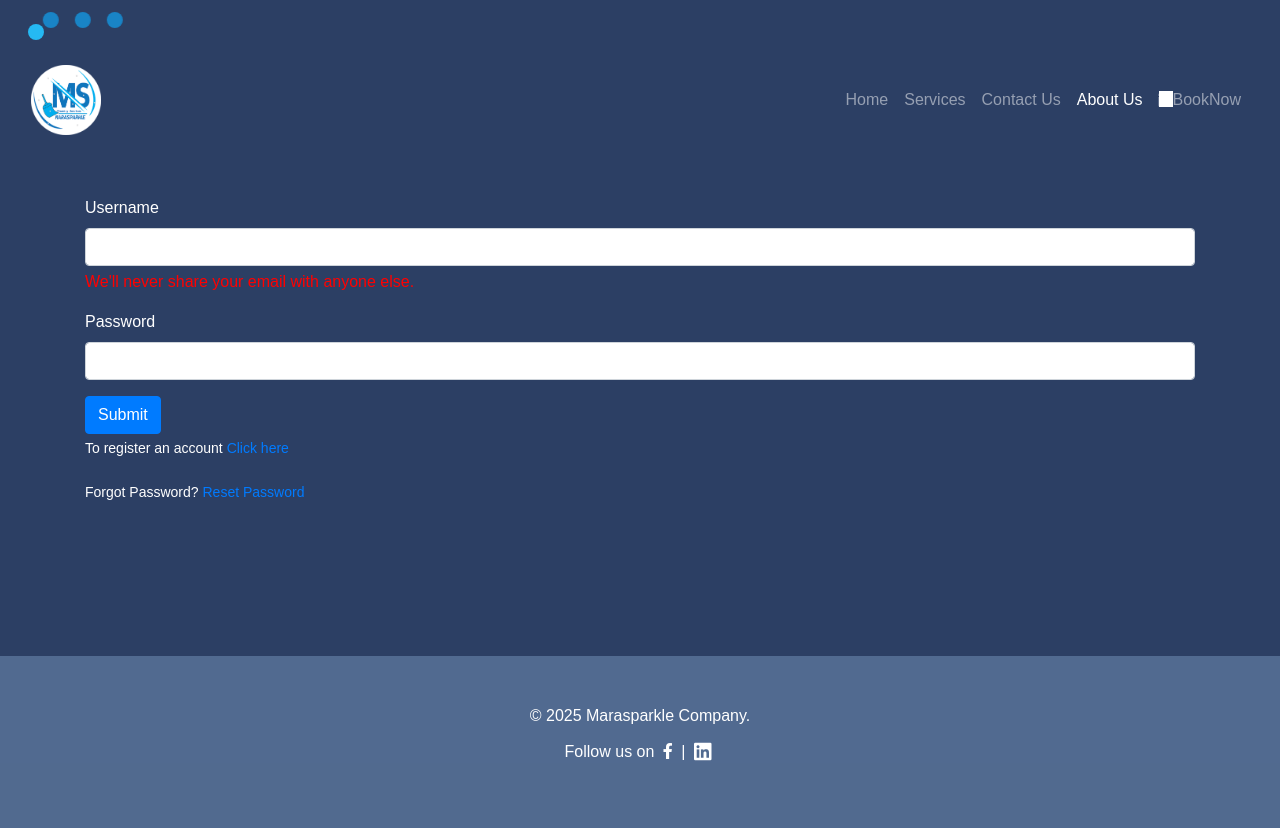
Repository: guineveretim/sparkle
Page: http://localhost/login/
The author's editor kept a copy of each file at every save. The page is drawn from the files as they stood at one save, then again after the next save.
The browser window is 1280 px wide. The pictures show the whole page.
The page is served by the project's application, run on Django 5.2 (manage.py).

Above is the page before, as saved 2025-03-26 15:16:58.

After the next save:
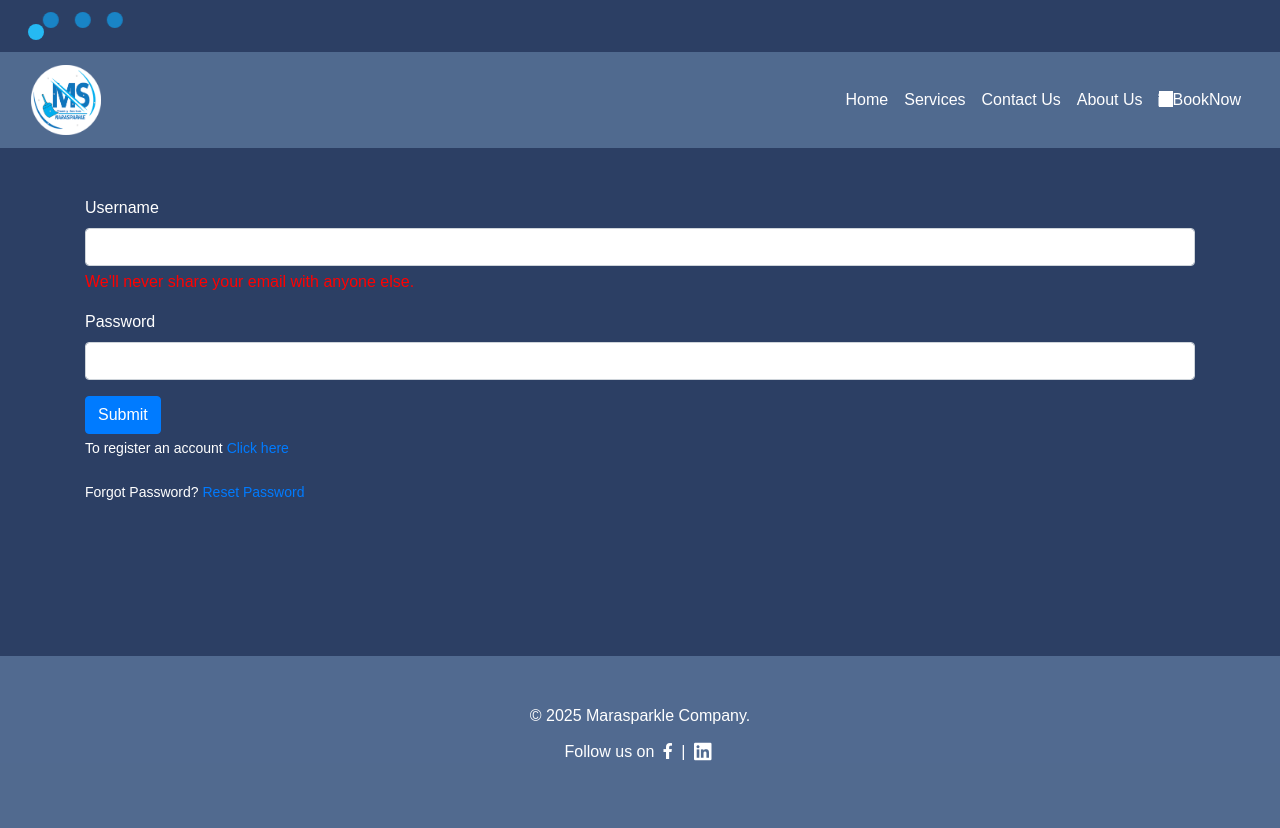
Saved 14 min 5 s later.
--- a/templates/authentication/login.html
+++ b/templates/authentication/login.html
@@ -37,38 +37,39 @@
     </div>
     <!-- ***** Preloader End ***** -->
 
-    <!-- ***** Header Area Start ***** -->
-    <nav class="navbar navbar-expand-lg navbar-dark sticky-top" style="background-color: #2c3f64;">
-        <div class="container-fluid">
-            <a class="navbar-brand" href="{% url 'home' %}">
-                <img src="{% static 'icons/Maralog.png' %}" style="width:70px;" alt="Logo">
-            </a>
-            <button class="navbar-toggler" type="button" data-toggle="collapse" data-target="#navbarNav" aria-controls="navbarNav" aria-expanded="false" aria-label="Toggle navigation">
-                <span class="navbar-toggler-icon"></span>
-            </button>
+  <!-- ***** Header Area Start ***** -->
+  <nav class="navbar navbar-expand-lg navbar-dark sticky-top" style="background-color:rgba(166, 206, 243,0.3); position: relative;">
+    <div class="container-fluid">
+        <a class="navbar-brand" href="{% url 'home' %}">
+            <img src="{% static 'icons/Maralog.png' %}" style="width:70px;">
+        </a>
+        <button class="navbar-toggler" type="button" data-toggle="collapse" data-target="#navbarNav" aria-controls="navbarNav" aria-expanded="false" aria-label="Toggle navigation">
+            <span class="navbar-toggler-icon"></span>
+        </button>
 
-            <div class="collapse navbar-collapse" id="navbarNav">
-                <ul class="navbar-nav ml-auto">
-                    <li class="nav-item">
-                        <a class="nav-link" href="{% url 'home' %}">Home <span class="sr-only">(current)</span></a>
-                    </li>
-                    <li class="nav-item">
-                        <a class="nav-link" href="{% url 'services_details' %}">Services</a>
-                    </li>
-                    <li class="nav-item">
-                        <a class="nav-link" href="{% url 'contact' %}">Contact Us</a>
-                    </li>
-                    <li class="nav-item active">
-                        <a class="nav-link" href="{% url 'about' %}">About Us</a>
-                    </li>
-                    <li class="nav-item">
-                        <a class="nav-link" href="{% url 'login' %}"><i class="fas fa-calendar" style="background-color: rgb(255, 255, 255);"></i>BookNow</a>
-                    </li>
-                </ul>
-            </div>
+        <div class="collapse navbar-collapse" id="navbarNav">
+            <ul class="navbar-nav ml-auto">
+                <li class="nav-item active">
+                    <a class="nav-link" href="{% url 'home' %}" style="color: white;">Home <span class="sr-only">(current)</span></a>
+                </li>
+                <li class="nav-item">
+                    <a class="nav-link" href="{% url 'services_details' %}" style="color: white;">Services</a>
+                </li>
+                <li class="nav-item">
+                    <a class="nav-link" href="{% url 'contact' %}" style="color: white;">Contact Us</a>
+                </li>
+                <li class="nav-item">
+                    <a class="nav-link" href="{% url 'about' %}" style="color: white;">About Us</a>
+                </li>
+                <li class="nav-item">
+                    <a class="nav-link" href="{% url 'login' %}" style="color: white;"><i class="fas fa-calendar" style="background-color: rgb(255, 255, 255);"></i>BookNow</a>
+                </li>
+            </ul>
         </div>
-    </nav>
-    <!-- ***** Header Area End ***** -->
+    </div>
+</nav>
+
+<!-- ***** Header Area End ***** -->
 
     <div class="main-content container mt-5">
         <form action="{% url 'login' %}" method="post">
